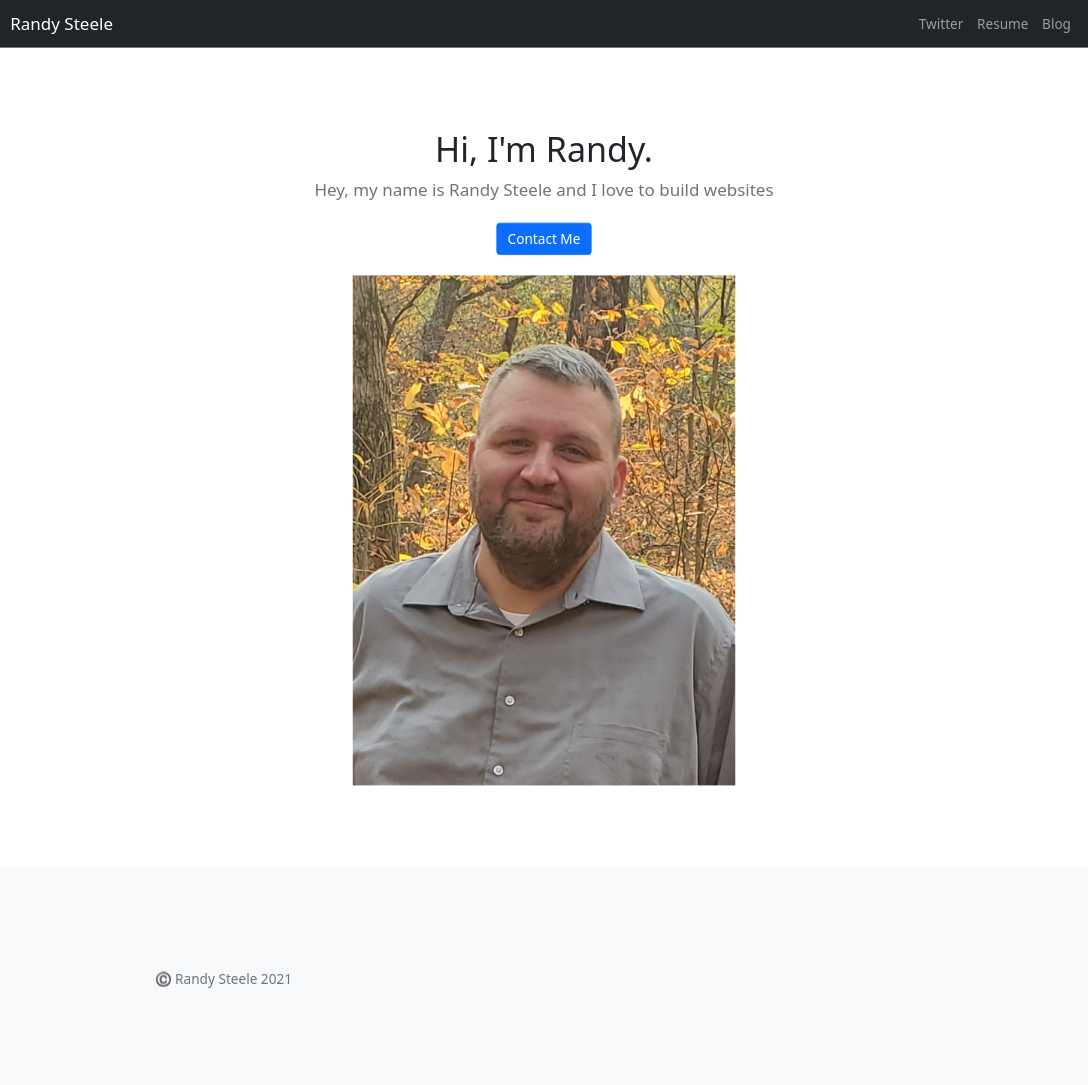
Repository: randysteele/my-portfolio
Page: http://localhost/
An editor plug-in stored every save of this project. The page is shown before and after the next save, followed by the edit.
The browser window is 1280 px wide. The pictures show the whole page, at 85% of full size.
The page is served by the project's application, run on Django 2.2 (manage.py). Queries for data that is not in the repository find no rows.

Above is the page before, as saved 2021-03-25 17:40:48.

After the next save:
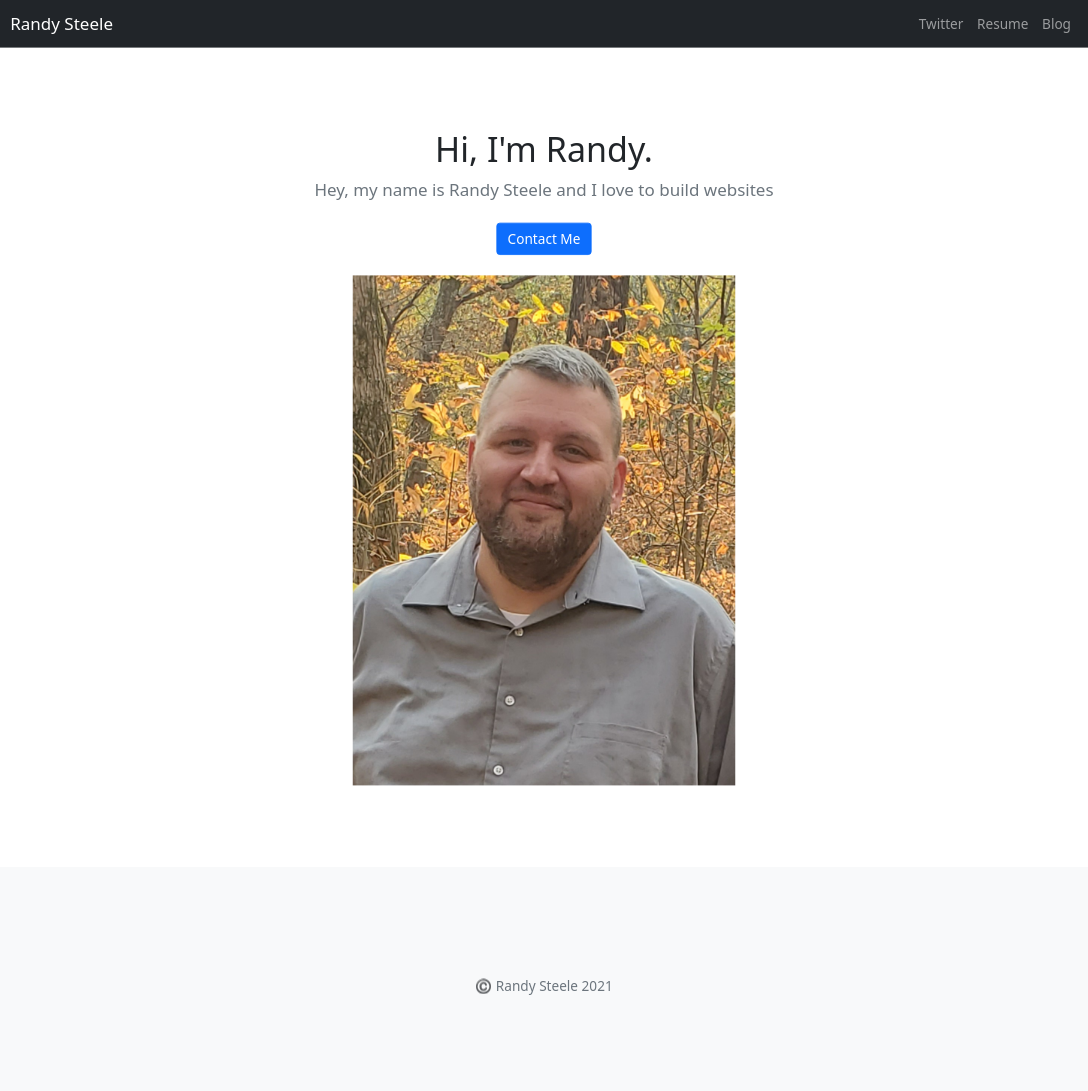
Saved 31 s later.
--- a/django-portfolio/jobs/templates/jobs/home.html
+++ b/django-portfolio/jobs/templates/jobs/home.html
@@ -105,8 +105,9 @@
                       </div>
                     </div>
                   </div>
+                  {% endfor %}
                 </div>
-                {% endfor %} <br>
+                 <br>
     <footer class="text-muted py-5">
         <div class="container text-center"><br />
             <p>©️ Randy Steele {% now "Y" %}</p>
